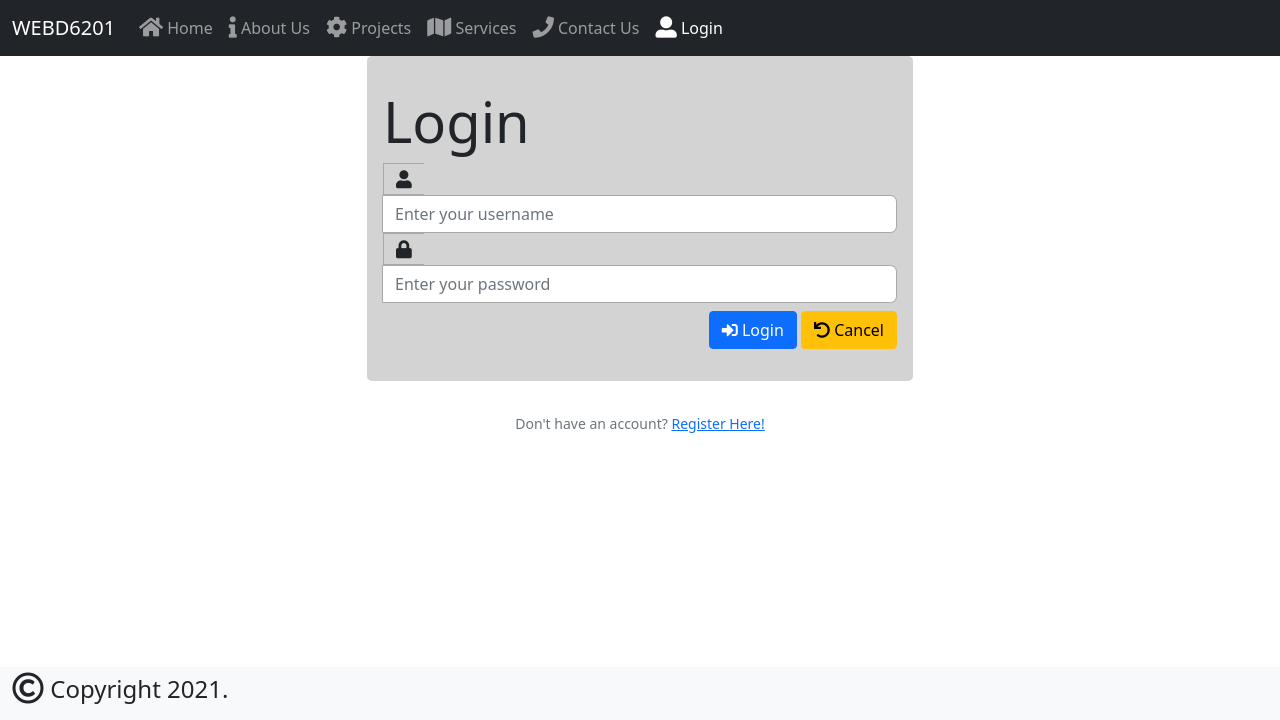
Repository: CKM206/WebD6201-W2021-ICE5
Page: login.html
The author's editor kept a copy of each file at every save. The page is drawn from the files as they stood at one save, then again after the next save.
The browser window is 1280 px wide. The pictures show the whole page.

Above is the page before, as saved 2021-03-07 01:29:34.

### login.html
<!DOCTYPE html>
<html lang="en">
<head>
    <meta charset="UTF-8">
    <meta name="viewport" content="width=device-width, initial-scale=1.0">
    <title>Login</title>
    <!-- CSS Section -->
    <link rel="stylesheet" href="./node_modules/bootstrap/dist/css/bootstrap.min.css">
    <link rel="stylesheet" href="./node_modules/@fortawesome/fontawesome-free/css/all.min.css">
    <link rel="stylesheet" href="./Content/app.css">
</head>
<body>
    <!-- Main Header -->
    <header>
        <!-- Main Navigation -->
        <nav class="navbar navbar-expand-lg navbar-dark bg-dark">
            <div class="container-fluid">
              <a class="navbar-brand" href="index.html">WEBD6201</a>
              <button class="navbar-toggler" type="button" data-bs-toggle="collapse" data-bs-target="#navbarSupportedContent" aria-controls="navbarSupportedContent" aria-expanded="false" aria-label="Toggle navigation">
                <span class="navbar-toggler-icon"></span>
              </button>
              <div class="collapse navbar-collapse" id="navbarSupportedContent">
                <ul class="navbar-nav me-auto mb-2 mb-lg-0">
                  <li class="nav-item">
                    <a class="nav-link" aria-current="page" href="index.html"><i class="fas fa-home fa-lg"></i> Home</a>
                  </li>

                  <li class="nav-item">
                    <a class="nav-link" aria-current="page" href="about.html"><i class="fas fa-info fa-lg"></i> About Us</a>
                  </li>

                  <li class="nav-item">
                    <a class="nav-link" aria-current="page" href="projects.html"><i class="fas fa-cog fa-lg"></i> Projects</a>
                  </li>

                  <li class="nav-item">
                    <a class="nav-link" aria-current="page" href="services.html"><i class="fas fa-map fa-lg"></i> Services</a>
                  </li>

                  <li class="nav-item">
                    <a class="nav-link" aria-current="page" href="contact.html"><i class="fas fa-phone fa-lg"></i> Contact Us</a>
                  </li>
                  <li id="loginListItem" class="nav-item">
                    <a class="nav-link active" aria-current="page" href="login.html"><i class="fas fa-user-alt fa-lg"></i> Login</a>
                  </li>
                </ul>
              </div>
            </div>
          </nav>
    </header>

    <!-- Main Content -->
    <main class="container" id="mainContent">
      <div class="row">
          <div class="offset-md-3 col-md-6 col-sm-12">
                <div class="login" id="contentArea">
                    <h1 class="display-4">Login</h1>
                    <form id="loginForm" novalidate>

                      <div class="form-group">
                        <div class="input-group">
                          <span class="input-group-addon">
                            <i class="fa fa-user">
                            </i>
                          </span>
                          <input type="text" class="form-control" id="username" name="username"  required
                          value="" placeholder="Enter your username">
                        </div>

                      </div>

                      <div class="form-group mb-2">
                        <div class="input-group">
                          <span class="input-group-addon">
                            <i class="fa fa-lock">
                            </i>
                          </span>
                          <input type="password" class="form-control" id="password" name="password"  required
                          value="" placeholder="Enter your password">
                        </div>

                      </div>
                      <div class="text-right text-end">
                        <button id="loginButton" type="submit" class="btn btn-primary"> <i class="fas fa-sign-in-alt"></i> Login</button>
                        <button id="cancelButton" type="button" class="btn btn-warning"> <i class="fas fa-undo"></i> Cancel</button>
                      </div>
                      </form>
                    </div>

                </div>
                <p class="text-center text-muted small">
                  Don't have an account?
                  <a href="register.html">Register Here!</a>
                </p>
          </div>
      </div>
  </main>

    <!-- Main Footer -->
    <footer>
        <nav class="navbar fixed-bottom navbar-light bg-light">
            <div class="container-fluid">
              <h4><i class="far fa-copyright fa-lg"></i> Copyright 2021.</h4>
            </div>
          </nav>
    </footer>

    <!-- Script Section-->
    <script src="./node_modules/jquery/dist/jquery.min.js"></script>
    <script src="./node_modules/bootstrap/dist/js/bootstrap.bundle.min.js"></script>

    <script src="./Scripts/namespace.js"></script>
    <script src="./Scripts/contact.js"></script>
    <script src="./Scripts/user.js"></script>
    <script src="./Scripts/app.js"></script>
</body>
</html>

### Content/app.css
/* custom css goes here */
.input-group-addon:first-child
{
    border-right: 0;
}

.input-group-addon
{
    padding: 6px 12px;
    font-size: 14px;
    font-weight: 400;
    line-height: 1;
    text-align: center;
    border: 1px solid darkgrey;
    border-radius: 4xpx;
}

.input-group-addon .fa
{
    font-size: 18px;
}

.input-group .form-control
{
    position:relative;
    z-index: 2;
    float:left;
    width: 100%;
    margin-bottom: 0;
}

.input-group .form-control:last-child
{
    border-top-left-radius: 0;
    border-bottom-left-radius: 0;
}



.login
{
    padding: 2rem 1rem;
    margin-bottom: 2rem;
    background-color: lightgrey;
    border-radius: .3rem;
}

.login input
{
    background-color: white;
    border-color: darkgrey;
    border-radius: .4em;
    width: 100%;
}

### Scripts/namespace.js

// namespace core
let core;

### Scripts/contact.js
"use strict";
// Contact Class

((core)=>{
  class Contact {
    // getters and setters
    get FullName()
    {
      return this.m_fullName;
    }

    set FullName(value)
    {
      this.m_fullName = value;
    }

    get ContactNumber()
    {
      return this.m_contactNumber;
    }

    set ContactNumber(value)
    {
      this.m_contactNumber = value;
    }

    get EmailAddress()
    {
      return this.m_emailAddress;
    }

    set EmailAddress(value)
    {
      this.m_emailAddress = value;
    }

    // constructor

    /**
     * @param {string} fullName
     * @param {string} contactNumber
     * @param {string} emailAddress
     */
    constructor(fullName = "", contactNumber = "", emailAddress = "")
    {
      this.FullName = fullName;
      this.ContactNumber = contactNumber;
      this.EmailAddress = emailAddress;
    }

    // methods

    /**
     * This method overrides the built-in toString method for the Contact class
     *
     * @returns {string}
     */
    toString()
    {
      return `Full Name     : ${this.FullName} \nContact Number: ${this.ContactNumber}\nEmail Address : ${this.EmailAddress}`;
    }

    /**
     * This method returns a JSON object made up of the properties of the Contact class
     *
     * @returns {Object}
     */
    toJSON()
    {
      return {
        "FullName": this.FullName,
        "ContactNumber": this.ContactNumber,
        "EmailAddress": this.EmailAddress
      }
    }

    /**
     * This method takes a Json data Object and assigns the values to the Contact Class Object.
     * @param {Object} data
     */
    fromJSON(data)
    {
      this.FullName = data.FullName,
      this.ContactNumber = data.ContactNumber,
      this.EmailAddress = data.EmailAddress;
    }

    /**
     * This method converts the Contact into a comma-separated value string
     *
     * @returns {string}
     */
    serialize()
    {
      if(this.FullName !== "" && this.ContactNumber !== "" && this.EmailAddress !== "")
      {
        return `${this.FullName},${this.ContactNumber},${this.EmailAddress}`;
      }
      else
      {
        console.error("One or more properties of the Contact is empty");
        return null;
      }
    }

    /**
     * This method takes a comma-separated data string and assigns the values to the Contact class properties
     *
     * @param {string} data
     * @return {void}
     */
    deserialize(data)
    {
      let propertyArray = data.split(",");
      this.FullName = propertyArray[0];
      this.ContactNumber = propertyArray[1];
      this.EmailAddress = propertyArray[2];
    }

  }

  core.Contact = Contact;

})(core || (core={}));

### Scripts/user.js
"use strict";
// User Class

((core)=>{
  class User {
    // getters and setters
    get DisplayName()
    {
      return this.m_displayName;
    }

    set DisplayName(value)
    {
      this.m_displayName = value;
    }

    get EmailAddress()
    {
      return this.m_emailAddress;
    }

    set EmailAddress(value)
    {
      this.m_emailAddress = value;
    }

    get UserName()
    {
      return this.m_username;
    }

    set UserName(value)
    {
      this.m_username = value;
    }

    get Password()
    {
      return this.m_password;
    }

    set Password(value)
    {
      this.m_password = value;
    }

    // constructor

   /**
    * Creates an instance of User.
    * @param {string} [displayName=""]
    * @param {string} [emailAddress=""]
    * @param {string} [username=""]
    * @param {string} [password=""]
    * @memberof User
    */
   constructor(displayName = "", emailAddress = "", username = "", password = "")
    {
      this.DisplayName = displayName;
      this.EmailAddress = emailAddress;
      this.Username = username;
      this.Password = password;
    }

    // methods

    /**
     * This method overrides the built-in toString method for the User class
     *
     * @returns {string}
     */
    toString()
    {
      return `Display Name     : ${this.DisplayName} \nEmail Address : ${this.EmailAddress} \nUser Name: ${this.Username}`;
    }

    /**
     * This method returns a JSON object made up of the properties of the User class
     *
     * @returns {Object}
     */
    toJSON()
    {
      return {
        "DisplayName": this.DisplayName,
        "EmailAddress": this.EmailAddress,
        "Username": this.Username,
        "Password": this.Password
      }
    }

    /**
     * This method takes a Json data Object and assigns the values to the User Class Object.
     * @param {Object} data
     */
    fromJSON(data)
    {
      this.DisplayName = data.DisplayName;
      this.EmailAddress = data.EmailAddress;
      this.Username = data.Username;
      this.Password = data.Password;
    }

    /**
     * This method converts the User into a comma-separated value string
     *
     * @returns {string}
     */
    serialize()
    {
      if(this.DisplayName !== "" && this.EmailAddress !== "" && this.UserName !== "")
      {
        return `${this.DisplayName},${this.EmailAddress},${this.UserName}`;
      }
      else
      {
        console.error("One or more properties of the User is empty");
        return null;
      }
    }

    /**
     * This method takes a comma-separated data string and assigns the values to the User class properties
     *
     * @param {string} data
     * @return {void}
     */
    deserialize(data)
    {
      let propertyArray = data.split(",");
      this.DisplayName = propertyArray[0];
      this.EmailAddress = propertyArray[1];
      this.UserName = propertyArray[2];
    }

  }

  core.User = User;

})(core || (core={}));

### Scripts/app.js
/* custom JavaScript goes here */

//IIFE - Immediately Invoked Function Expression
//AKA - Anonymous Self-Executing Function
//Closure - limits scope leak

"use strict";

((core) =>
{
    function displayHome()
    {
        let paragraphOneText =
          "This is a simple site to demonstrate DOM Manipulation for ICE 1";

        let paragraphOneElement = document.getElementById("paragraphOne");

        paragraphOneElement.textContent = paragraphOneText;
        paragraphOneElement.className = "fs-5";

        // Step 1. document.createElement
        let newParagraph = document.createElement("p");
        // Step 2. configure the element
        newParagraph.setAttribute("id", "paragraphTwo");
        newParagraph.textContent = "...And this is paragraph two";
        // Step 3. select the parent element
        let mainContent = document.getElementsByTagName("main")[0];
        // Step 4. Add / Insert the element
        mainContent.appendChild(newParagraph);

        newParagraph.className = "fs-6";

        // another way of injecting content
        let paragraphDiv = document.createElement("div");
        let paragraphThree = `<p id="paragraphThree" class="fs-7 fw-bold">And this is the Third Paragraph</p>`;
        paragraphDiv.innerHTML = paragraphThree;

        // insertions

        // example of inserting before a node
        //newParagraph.before(paragraphDiv);

        // example of inserting after a node
        newParagraph.after(paragraphDiv);

        // deletions

        // example of removing a single element
        //paragraphOneElement.remove();

        // example of removeChild
        mainContent.removeChild(paragraphOneElement);

        // update / modification
        //mainContent.firstElementChild.textContent = "Welcome Home!";

        mainContent.innerHTML = `<h1 id="firstHeading">Welcome to WEBD6201 - Lab 1</h1>
         <p id="paragraphOne" class="fs-3 fw-bold">This is my first Paragraph</p>
        `;

    }

    function displayAbout()
    {

    }

    function displayProjects()
    {

    }

    function displayServices()
    {

    }

    function testFullName()
    {
      let messageArea = $("#messageArea").hide();
      let fullNamePattern = /([A-Z][a-z]{1,25})+(\s|,|,\s|-)([A-Z][a-z]{1,25})(\s|,|,\s|-)*/

        // form validation
        $("#fullName").on("blur", function()
        {
          if(!fullNamePattern.test($(this).val()))
          {
            $(this).trigger("focus").trigger("select");
            messageArea.show().addClass("alert alert-danger").text("Please enter a valid Full Name. This must include at least an Capitalized First and Last Name.");
          }
          else
          {
              messageArea.removeAttr("class").hide();
          }
        });
    }

    function testContactNumber()
    {
      let messageArea = $("#messageArea").hide();
      let contactNumberPattern = /^(\+\d{1,2}\s)?\(?\d{3}\)?[\s.-]?\d{3}[\s.-]?\d{4}$/
        // form validation
        $("#contactNumber").on("blur", function()
        {
          if(!contactNumberPattern.test($(this).val()))
          {
            $(this).trigger("focus").trigger("select");
            messageArea.show().addClass("alert alert-danger").text("Please enter a valid Contact Number. Country Code and Area Code are optional.");
          }
          else
          {
              messageArea.removeAttr("class").hide();
          }
        });
    }

    function testEmailAddress()
    {
      let messageArea = $("#messageArea").hide();
      let emailAddressPattern = /^([a-zA-Z0-9._%-]+@[a-zA-Z0-9.-]+\.[a-zA-Z]{2,6})*$/
        // form validation
        $("#emailAddress").on("blur", function()
        {
          if(!emailAddressPattern.test($(this).val()))
          {
            $(this).trigger("focus").trigger("select");
            messageArea.show().addClass("alert alert-danger").text("Please enter a valid email address.");
          }
          else
          {
              messageArea.removeAttr("class").hide();
          }
        });
    }

    function formValidation()
    {
      testFullName();
      testContactNumber();
      testEmailAddress();
    }

    function displayContact()
    {

      // Form Validation
      formValidation();

      $("#sendButton").on("click", (event)=>
      {
        if($("#subscribeCheckbox")[0].checked)
        {
          let contact = new core.Contact(fullName.value, contactNumber.value, emailAddress.value);

          if(contact.serialize())
          {
            let key = contact.FullName.slice(0,1) + Date.now();
            localStorage.setItem(key, contact.serialize());
          }
          }
      });
    }

    function displayContactList()
    {
      // SHows what happens with asynchronous methods
      //console.log("Outside the event listener: " + XHR.responseText);

      if (localStorage.length > 0)
      {
        let contactList = document.getElementById("contactList");

        let data = "";

        let keys = Object.keys(localStorage);

        let index = 0;

        for (const key of keys)
        {

          let contactData = localStorage.getItem(key);

          let contact = new core.Contact();
          contact.deserialize(contactData);

          data += `<tr>
          <th class="text-center" scope="row">${index}</th>
          <td>${contact.FullName}</td>
          <td>${contact.ContactNumber}</td>
          <td>${contact.EmailAddress}</td>
          <td class="text-center"><button value="${key}" class="btn btn-primary btn-sm edit"><i class="fas fa-edit fa-sm"></i> Edit</button></td>
          <td class="text-center"><button value="${key}" class="btn btn-danger btn-sm delete"><i class="fas fa-trash-alt fa-sm"></i> Delete</button></td>
        </tr>`;

        index++;
        }

        contactList.innerHTML = data;


        $("button.edit").on("click", function(){
          location.href = "edit.html#" + $(this).val();
         });

         $("button.delete").on("click", function(){
           if(confirm("Are you sure?"))
           {
            localStorage.removeItem($(this).val());
            location.href = "contact-list.html"; // refresh the page
           }
         });

         $("#addButton").on("click", function()
         {
           location.href = "edit.html";
         });
      }
    }


    function displayEdit()
    {
      // Get the Key from the url hash
      let key = location.hash.substring(1);
      // Set up a new contact to hold info
      let contact = new core.Contact();

      // Check if the key is empty, if not
      if (key != "")
      {
        // Get the contact information
        contact.deserialize(localStorage.getItem(key));

        // Display the information in the form
        $("#fullName").val(contact.FullName);
        $("#contactNumber").val(contact.ContactNumber);
        $("#emailAddress").val(contact.EmailAddress);
      }
      else
      {
        $("main>h1").text("Add Contact");
        $("#editButton").html('<i class="fas fa-plus-circle fa-lg"></i> Add');
      }

      // Form Validation
      formValidation();

      // When the edit button is clicked
      $("#editButton").one("click", function()
      {

        if(document.forms[0].checkValidity())
        {
          // If the key is empty, we are making a new contact
          if(key == "")
          {
            // Create a new key for this contact
            key = contact.FullName.slice(0,1) + Date.now();
          }

          // Copy the Contact Info from the form into the Contact Objet
          contact.FullName = $("#fullName").val();
          contact.ContactNumber = $("#contactNumber").val();
          contact.EmailAddress = $("#emailAddress").val();

          // Add the Contact to LocalStorage
          localStorage.setItem(key, contact.serialize());
          location.href = "contact-list.html";
        }
      });

      // When the Cancel Button is clicked
      $("#cancelButton").on("click", function()
      {
        // Return the user to the contact list
        location.href = "contact-list.html";
      });

    }

    function displayLogin()
    {

       // When the Cancel Button is clicked
       $("#cancelButton").on("click", function()
       {
         // Return the user to the contact list
         location.href = "index.html";
       });
    }

    function displayRegister()
    {

    }


    function Start()
    {
        console.log("App Started...");

        switch (document.title)
        {
          case "Home":
              displayHome();
            break;
          case "About":
              displayAbout();
            break;
          case "Projects":
              displayProjects();
            break;
          case "Services":
              displayServices();
            break;
          case "Contact":
              displayContact();
            break;
          case "Contact-List":
            displayContactList();
            break;
          case "Edit":
            displayEdit();
            break;
          case "Login":
            displayLogin();
            break;
          case "Register":
            displayRegister();
            break;
        }

    }

    window.addEventListener("load", Start);

    core.Start = Start;

})(core || (core={}));

Loaded but not shown: node_modules/bootstrap/dist/css/bootstrap.min.css (library); node_modules/@fortawesome/fontawesome-free/css/all.min.css (library); node_modules/jquery/dist/jquery.min.js (library); node_modules/bootstrap/dist/js/bootstrap.bundle.min.js (library)

After the next save:
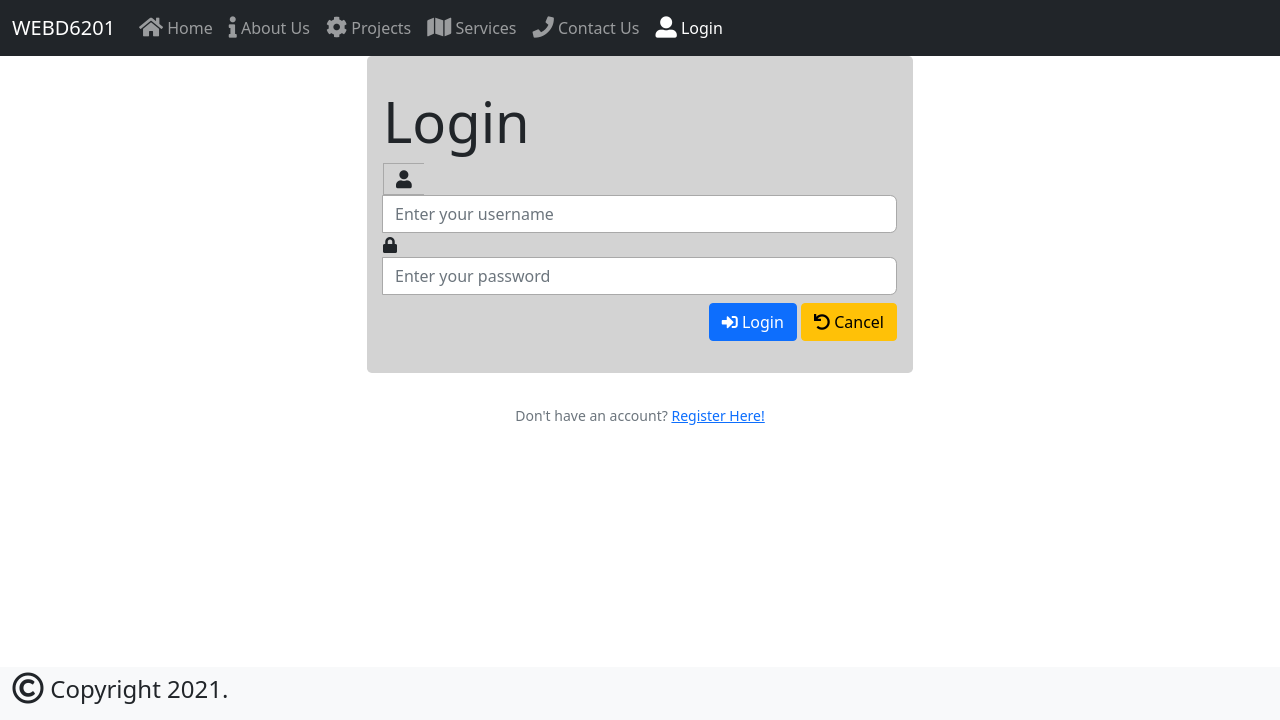
Saved 64 s later.
--- a/login.html
+++ b/login.html
@@ -71,7 +71,7 @@
 
                       <div class="form-group mb-2">
                         <div class="input-group">
-                          <span class="input-group-addon">
+                          <span class="">
                             <i class="fa fa-lock">
                             </i>
                           </span>

After the save that followed:
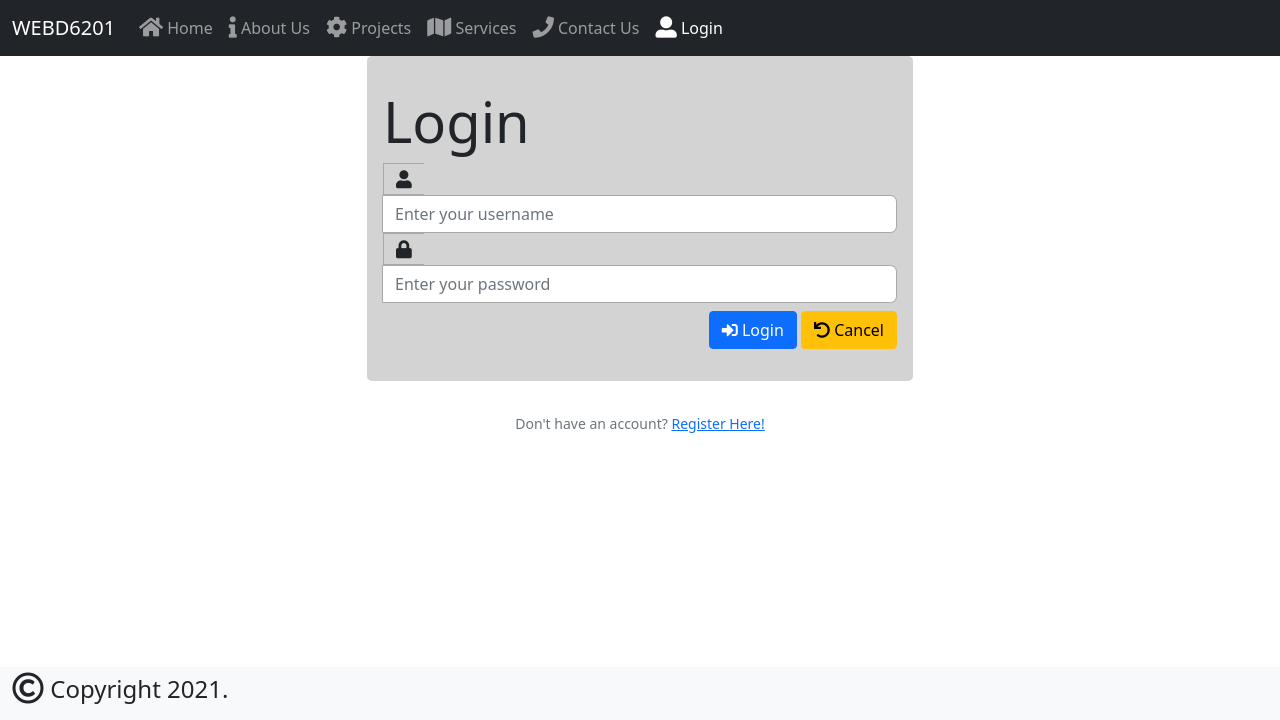
Saved 5 s later.
--- a/login.html
+++ b/login.html
@@ -71,7 +71,7 @@
 
                       <div class="form-group mb-2">
                         <div class="input-group">
-                          <span class="">
+                          <span class="input-group-addon">
                             <i class="fa fa-lock">
                             </i>
                           </span>
